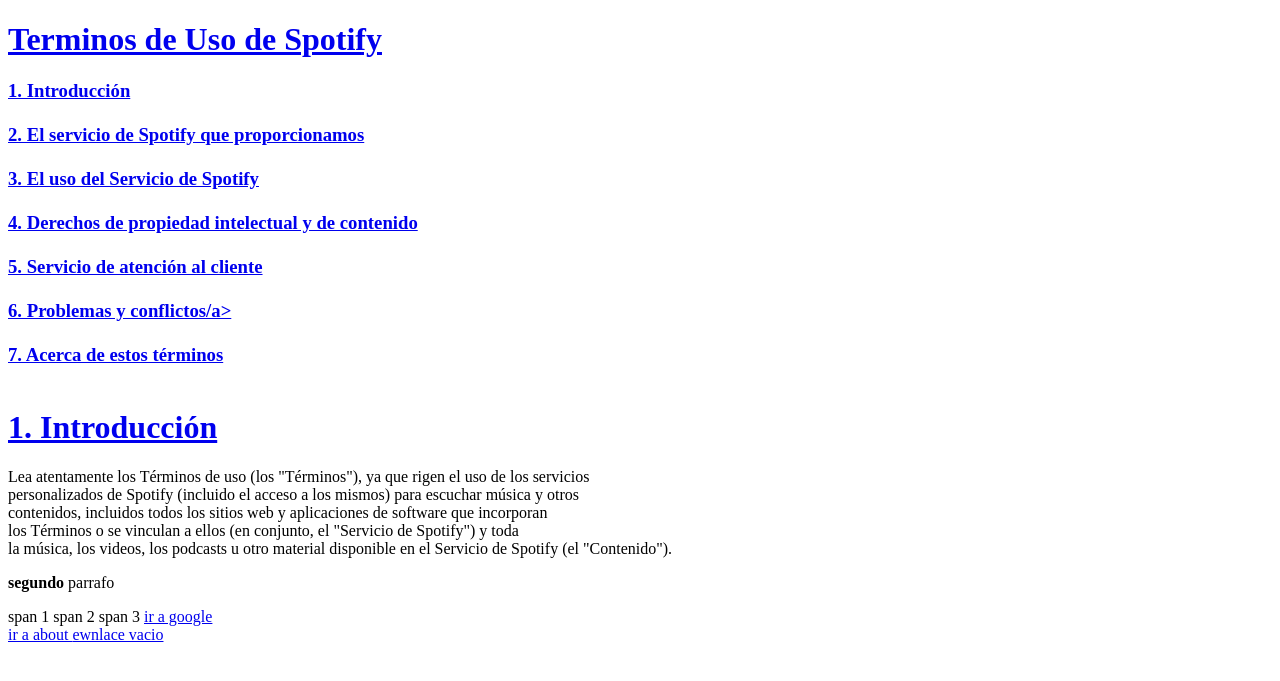
Repository: Devbenitez/Gen_30
Page: Gen_30/maquetado/index.html
The author's editor kept a copy of each file at every save. The page is drawn from the files as they stood at one save, then again after the next save.
The browser window is 1280 px wide. The pictures show the whole page.

Above is the page before, as saved 2023-10-31 03:43:57.

After the next save:
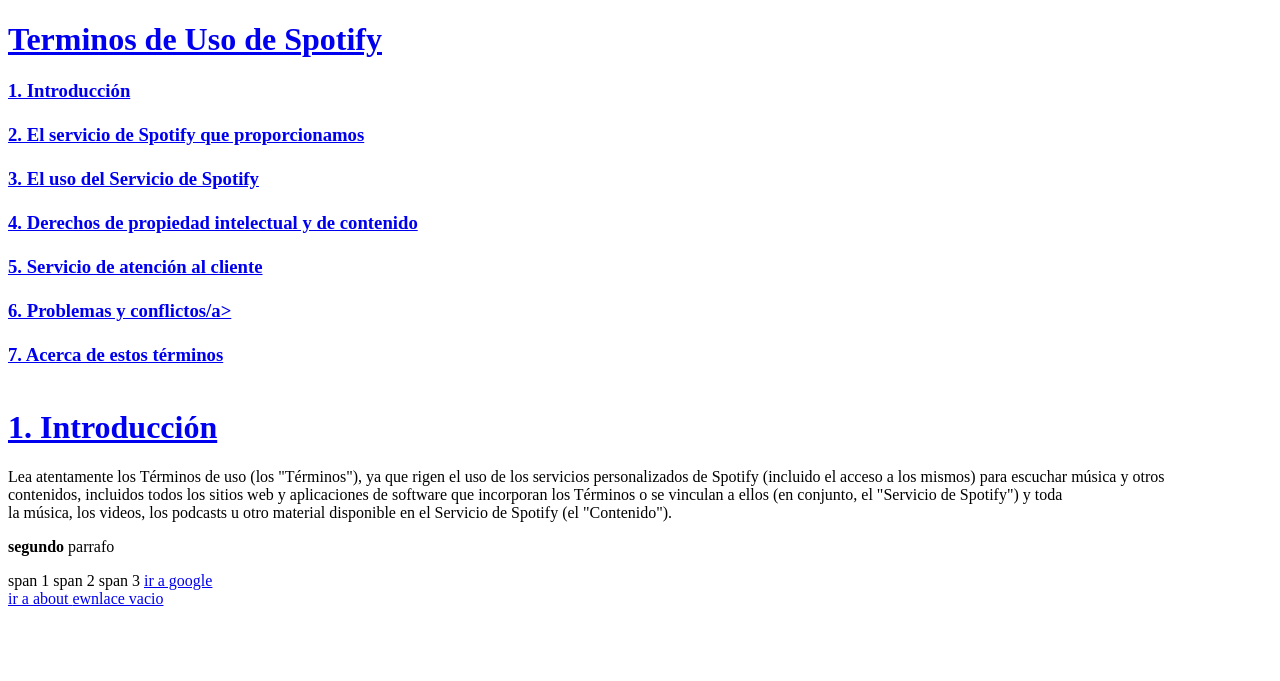
Saved 42 s later.
--- a/Gen_30/maquetado/index.html
+++ b/Gen_30/maquetado/index.html
@@ -47,10 +47,8 @@
 
       <!-- parrafos -->
       <p>
-        Lea atentamente los Términos de uso (los "Términos"), ya que rigen el uso de los servicios<br />
-         personalizados de Spotify (incluido el acceso a los mismos) para escuchar música y otros <br />
-         contenidos, incluidos todos los sitios web y aplicaciones de software que incorporan <br />
-          los Términos o se vinculan a ellos (en conjunto, el "Servicio de Spotify") y toda <br />
+        Lea atentamente los Términos de uso (los "Términos"), ya que rigen el uso de los servicios personalizados de Spotify (incluido el acceso a los mismos) para escuchar música y otros <br />
+         contenidos, incluidos todos los sitios web y aplicaciones de software que incorporan los Términos o se vinculan a ellos (en conjunto, el "Servicio de Spotify") y toda <br />
           la música, los videos, los podcasts u otro material disponible en el Servicio de Spotify (el "Contenido").<br />
       </p>
       <p><b>segundo </b>parrafo</p>
